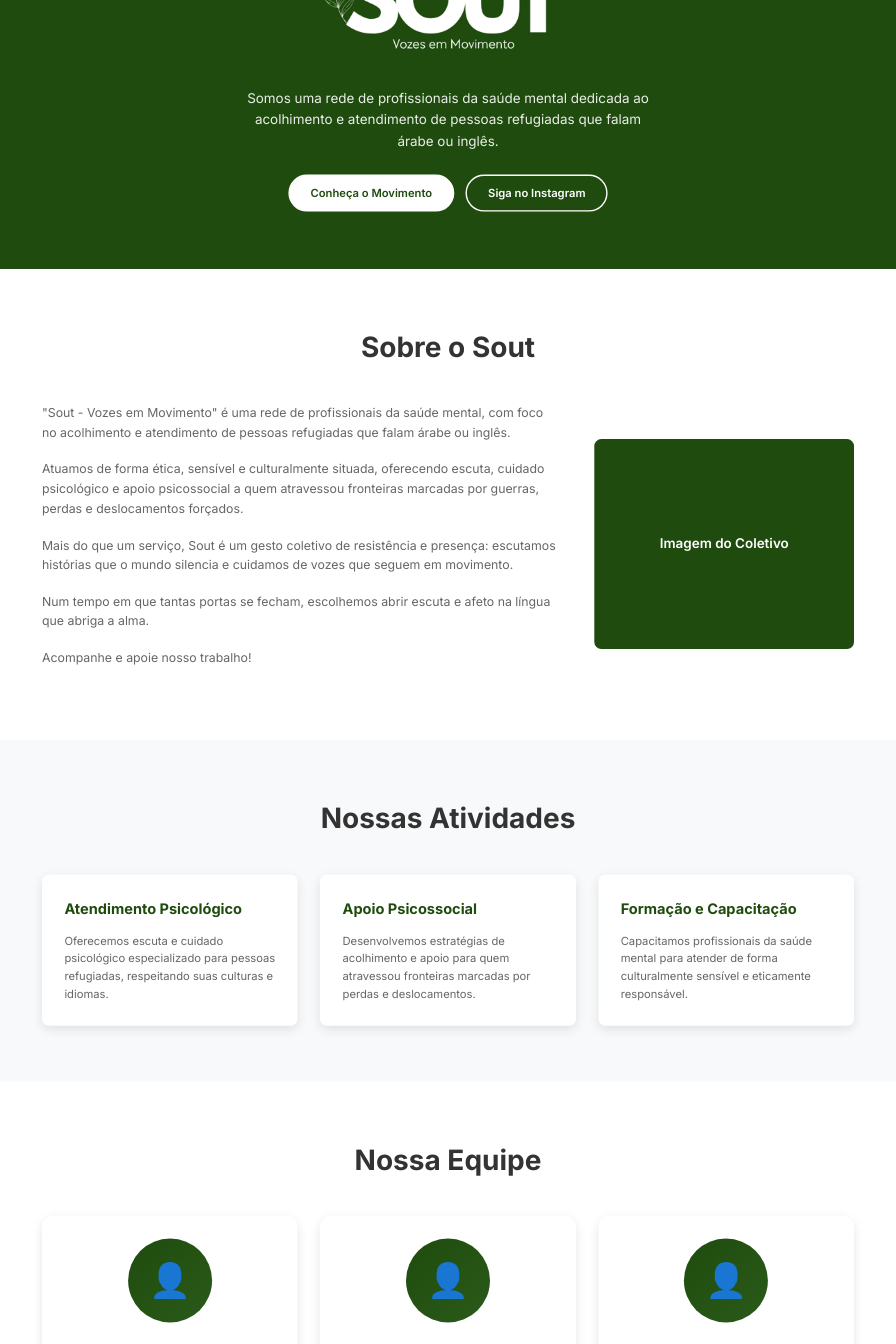
Repository: farukzahra/sout
Page: index.html
The author's editor kept a copy of each file at every save. The page is drawn from the files as they stood at one save, then again after the next save.
The browser window is 1280 px wide. The pictures show the part of the page from y = 335 to 2255 px (the page is 3292 px tall before and 3288 px after), at 70% of full size.
Some web fonts or font styles are not loaded; a fallback is used.

Above is the page before, as saved 2025-10-02 18:55:36.

### index.html
<!DOCTYPE html>
<html lang="pt-BR">
<head>
    <meta charset="UTF-8">
    <meta name="viewport" content="width=device-width, initial-scale=1.0">
    <title>Sout Vozes em Movimento</title>
    <meta name="description" content="Sout Vozes em Movimento - Movimento social e cultural">
    <link rel="stylesheet" href="style.css">
    <link href="https://fonts.googleapis.com/css2?family=Inter:wght@300;400;600;700&display=swap" rel="stylesheet">
    <link href="https://fonts.googleapis.com/css2?family=League+Spartan:wght@400;500;600;700;800;900&display=swap" rel="stylesheet">
    <link href="https://fonts.googleapis.com/css2?family=TT+Chocolates:wght@400;500;600;700;800;900&display=swap" rel="stylesheet">
</head>
<body>
    <header class="header">
        <nav class="nav">
            <div class="nav-brand">
                <h1>صوت</h1>
            </div>
            <ul class="nav-menu">
                <li><a href="#sobre">Sobre</a></li>
                <li><a href="#atividades">Atividades</a></li>
                <li><a href="#equipe">Equipe</a></li>
                <li><a href="#contato">Contato</a></li>
            </ul>
        </nav>
    </header>

    <main>
        <section class="hero">
            <div class="hero-content">
                <div class="hero-logo">
                    <img src="logo-sout.png" alt="Sout Vozes em Movimento" class="logo-image">
                </div>
                <p>Somos uma rede de profissionais da saúde mental dedicada ao acolhimento e atendimento de pessoas refugiadas que falam árabe ou inglês.</p>
                <div class="hero-buttons">
                    <a href="#sobre" class="btn btn-primary">Conheça o Movimento</a>
                    <a href="https://www.instagram.com/sout_vozesemmovimento/" target="_blank" class="btn btn-secondary">Siga no Instagram</a>
                </div>
            </div>
        </section>

        <section id="sobre" class="section">
            <div class="container">
                <h2>Sobre o Sout</h2>
                <div class="about-content">
                    <div class="about-text">
                        <p>"Sout - Vozes em Movimento" é uma rede de profissionais da saúde mental, com foco no acolhimento e atendimento de pessoas refugiadas que falam árabe ou inglês.</p>
                        <p>Atuamos de forma ética, sensível e culturalmente situada, oferecendo escuta, cuidado psicológico e apoio psicossocial a quem atravessou fronteiras marcadas por guerras, perdas e deslocamentos forçados.</p>
                        <p>Mais do que um serviço, Sout é um gesto coletivo de resistência e presença: escutamos histórias que o mundo silencia e cuidamos de vozes que seguem em movimento.</p>
                        <p>Num tempo em que tantas portas se fecham, escolhemos abrir escuta e afeto na língua que abriga a alma.</p>
                        <p>Acompanhe e apoie nosso trabalho!</p>
                    </div>
                    <div class="about-image">
                        <div class="placeholder-image">
                            <span>Imagem do Coletivo</span>
                        </div>
                    </div>
                </div>
            </div>
        </section>

        <section id="atividades" class="section section-alt">
            <div class="container">
                <h2>Nossas Atividades</h2>
                <div class="activities-grid">
                    <div class="activity-card">
                        <h3>Atendimento Psicológico</h3>
                        <p>Oferecemos escuta e cuidado psicológico especializado para pessoas refugiadas, respeitando suas culturas e idiomas.</p>
                    </div>
                    <div class="activity-card">
                        <h3>Apoio Psicossocial</h3>
                        <p>Desenvolvemos estratégias de acolhimento e apoio para quem atravessou fronteiras marcadas por perdas e deslocamentos.</p>
                    </div>
                    <div class="activity-card">
                        <h3>Formação e Capacitação</h3>
                        <p>Capacitamos profissionais da saúde mental para atender de forma culturalmente sensível e eticamente responsável.</p>
                    </div>
                </div>
            </div>
        </section>

        <section id="equipe" class="section">
            <div class="container">
                <h2>Nossa Equipe</h2>
                <div class="team-grid">
                    <div class="team-card">
                        <div class="team-photo">
                            <div class="placeholder-photo">
                                <span>👤</span>
                            </div>
                        </div>
                        <h3>Nome do Profissional</h3>
                        <p class="team-role">Psicóloga Clínica</p>
                        <p class="team-description">Especialista em atendimento de refugiados com foco em trauma e resiliência.</p>
                    </div>
                    <div class="team-card">
                        <div class="team-photo">
                            <div class="placeholder-photo">
                                <span>👤</span>
                            </div>
                        </div>
                        <h3>Nome do Profissional</h3>
                        <p class="team-role">Psicólogo Social</p>
                        <p class="team-description">Atua com apoio psicossocial e integração cultural de pessoas refugiadas.</p>
                    </div>
                    <div class="team-card">
                        <div class="team-photo">
                            <div class="placeholder-photo">
                                <span>👤</span>
                            </div>
                        </div>
                        <h3>Nome do Profissional</h3>
                        <p class="team-role">Terapeuta</p>
                        <p class="team-description">Especialista em terapia culturalmente sensível para comunidades árabes.</p>
                    </div>
                </div>
            </div>
        </section>

        <section id="contato" class="section section-alt">
            <div class="container">
                <h2>Entre em Contato</h2>
                <div class="contact-content">
                    <div class="contact-info">
                        <h3>Conecte-se Conosco</h3>
                        <p>Siga nossas redes sociais para acompanhar nossas atividades e participar do movimento.</p>
                        <div class="social-links">
                            <a href="https://www.instagram.com/sout_vozesemmovimento/" target="_blank" class="social-link">
                                <span>📷</span> Instagram
                            </a>
                        </div>
                    </div>
                    <div class="contact-form">
                        <h3>Envie uma Mensagem</h3>
                        <form action="https://api.web3forms.com/submit" method="POST" id="contact-form">
                            <input type="hidden" name="access_key" value="3ed1149a-7ec4-41a6-8297-e322822d6b4c">
                            <input type="hidden" name="subject" value="Nova mensagem do site Sout Vozes em Movimento">
                            <input type="text" name="name" placeholder="Seu nome" required>
                            <input type="email" name="email" placeholder="Seu email" required>
                            <textarea name="message" placeholder="Sua mensagem" rows="5" required></textarea>
                            <button type="submit" class="btn btn-primary">Enviar Mensagem</button>
                        </form>
                    </div>
                </div>
            </div>
        </section>
    </main>

    <footer class="footer">
        <div class="container">
            <p>&copy; 2024 Sout Vozes em Movimento. Todos os direitos reservados.</p>
            <p>Feito com ❤️ para transformar o mundo</p>
        </div>
    </footer>

    <script>
        // Smooth scrolling para links internos
        document.querySelectorAll('a[href^="#"]').forEach(anchor => {
            anchor.addEventListener('click', function (e) {
                e.preventDefault();
                const target = document.querySelector(this.getAttribute('href'));
                if (target) {
                    target.scrollIntoView({
                        behavior: 'smooth',
                        block: 'start'
                    });
                }
            });
        });

        // Formulário de contato com Web3Forms
        document.getElementById('contact-form').addEventListener('submit', function(e) {
            // Mostrar loading
            const submitBtn = this.querySelector('button[type="submit"]');
            const originalText = submitBtn.textContent;
            submitBtn.textContent = 'Enviando...';
            submitBtn.disabled = true;

            // O Web3Forms vai processar automaticamente
            // Não precisamos de preventDefault() pois queremos que o form seja enviado
        });
    </script>
</body>
</html>

### style.css
/* Reset e configurações básicas */
* {
    margin: 0;
    padding: 0;
    box-sizing: border-box;
}

body {
    font-family: 'Inter', sans-serif;
    line-height: 1.6;
    color: #333;
    background-color: #fff;
}

.container {
    max-width: 1200px;
    margin: 0 auto;
    padding: 0 20px;
}

/* Header */
.header {
    background-color: #1F4C0E;
    color: white;
    padding: 1rem 0;
    position: fixed;
    top: 0;
    width: 100%;
    z-index: 1000;
    box-shadow: 0 2px 10px rgba(0,0,0,0.1);
}

.nav {
    display: flex;
    justify-content: space-between;
    align-items: center;
    max-width: 1200px;
    margin: 0 auto;
    padding: 0 20px;
}

.nav-brand h1 {
    font-size: 1.5rem;
    font-weight: 700;
    direction: rtl;
    font-family: 'TT Chocolates', 'League Spartan', 'Inter', 'Arial', sans-serif;
}

.hero-logo {
    margin-bottom: 1rem;
}

.logo-image {
    max-width: 400px;
    width: 100%;
    height: auto;
    object-fit: contain;
}

.hero-logo .logo-subtitle {
    font-size: 1.2rem;
    opacity: 0.9;
}

.nav-menu {
    display: flex;
    list-style: none;
    gap: 2rem;
}

.nav-menu a {
    color: white;
    text-decoration: none;
    font-weight: 500;
    transition: opacity 0.3s ease;
}

.nav-menu a:hover {
    opacity: 0.8;
}

/* Hero Section */
.hero {
    background-color: #1F4C0E;
    color: white;
    padding: 60px 0 80px;
    text-align: center;
    min-height: 100vh;
    display: flex;
    align-items: center;
    justify-content: center;
}


.hero-content h2 {
    font-size: 3rem;
    font-weight: 700;
    margin-bottom: 1rem;
    text-shadow: 2px 2px 4px rgba(0,0,0,0.3);
    font-family: 'League Spartan', 'Inter', 'Arial', sans-serif;
}

.hero-content {
    max-width: 800px;
    margin: 0 auto;
    padding: 0 20px;
}

.hero-content p {
    font-size: 1.2rem;
    margin-top: 1rem;
    margin-bottom: 2rem;
    max-width: 600px;
    margin-left: auto;
    margin-right: auto;
    opacity: 0.9;
}

.hero-buttons {
    display: flex;
    gap: 1rem;
    justify-content: center;
    flex-wrap: wrap;
}

/* Botões */
.btn {
    display: inline-block;
    padding: 12px 30px;
    text-decoration: none;
    border-radius: 50px;
    font-weight: 600;
    transition: all 0.3s ease;
    border: 2px solid transparent;
}

.btn-primary {
    background: white;
    color: #1F4C0E;
    border-color: white;
}

.btn-primary:hover {
    background: transparent;
    color: white;
    border-color: white;
}

.btn-secondary {
    background: transparent;
    color: white;
    border-color: white;
}

.btn-secondary:hover {
    background: white;
    color: #1F4C0E;
}

/* Seções */
.section {
    padding: 80px 0;
}

.section-alt {
    background-color: #f8f9fa;
}

.section h2 {
    text-align: center;
    font-size: 2.5rem;
    margin-bottom: 3rem;
    color: #333;
}

/* Sobre */
.about-content {
    display: grid;
    grid-template-columns: 2fr 1fr;
    gap: 3rem;
    align-items: center;
}

.about-text p {
    font-size: 1.1rem;
    margin-bottom: 1.5rem;
    color: #666;
}

.placeholder-image {
    background-color: #1F4C0E;
    height: 300px;
    border-radius: 10px;
    display: flex;
    align-items: center;
    justify-content: center;
    color: white;
    font-size: 1.2rem;
    font-weight: 600;
}

/* Atividades */
.activities-grid {
    display: grid;
    grid-template-columns: repeat(auto-fit, minmax(300px, 1fr));
    gap: 2rem;
}

/* Equipe */
.team-grid {
    display: grid;
    grid-template-columns: repeat(auto-fit, minmax(280px, 1fr));
    gap: 2rem;
    margin-top: 2rem;
}

.team-card {
    background: white;
    padding: 2rem;
    border-radius: 15px;
    box-shadow: 0 5px 15px rgba(0,0,0,0.1);
    text-align: center;
    transition: transform 0.3s ease, box-shadow 0.3s ease;
}

.team-card:hover {
    transform: translateY(-5px);
    box-shadow: 0 10px 25px rgba(0,0,0,0.15);
}

.team-photo {
    margin-bottom: 1.5rem;
}

.placeholder-photo {
    width: 120px;
    height: 120px;
    background: linear-gradient(135deg, #1F4C0E 0%, #2a5a1a 100%);
    border-radius: 50%;
    display: flex;
    align-items: center;
    justify-content: center;
    margin: 0 auto;
    font-size: 3rem;
    color: white;
}

.team-card h3 {
    color: #1F4C0E;
    margin-bottom: 0.5rem;
    font-size: 1.4rem;
    font-family: 'League Spartan', 'Inter', 'Arial', sans-serif;
}

.team-role {
    color: #666;
    font-weight: 600;
    margin-bottom: 1rem;
    font-size: 1rem;
}

.team-description {
    color: #666;
    line-height: 1.6;
    font-size: 0.95rem;
}

.activity-card {
    background: white;
    padding: 2rem;
    border-radius: 10px;
    box-shadow: 0 5px 15px rgba(0,0,0,0.1);
    transition: transform 0.3s ease, box-shadow 0.3s ease;
}

.activity-card:hover {
    transform: translateY(-5px);
    box-shadow: 0 10px 25px rgba(0,0,0,0.15);
}

.activity-card h3 {
    color: #1F4C0E;
    margin-bottom: 1rem;
    font-size: 1.3rem;
}

.activity-card p {
    color: #666;
    line-height: 1.6;
}

/* Contato */
.contact-content {
    display: grid;
    grid-template-columns: 1fr 1fr;
    gap: 3rem;
}

.contact-info h3 {
    color: #1F4C0E;
    margin-bottom: 1rem;
    font-size: 1.5rem;
}

.contact-info p {
    color: #666;
    margin-bottom: 2rem;
}

.social-links {
    display: flex;
    gap: 1rem;
}

.social-link {
    display: flex;
    align-items: center;
    gap: 0.5rem;
    padding: 10px 20px;
    background-color: #1F4C0E;
    color: white;
    text-decoration: none;
    border-radius: 25px;
    transition: transform 0.3s ease;
}

.social-link:hover {
    transform: translateY(-2px);
}

.contact-form h3 {
    color: #1F4C0E;
    margin-bottom: 1rem;
    font-size: 1.5rem;
}

.contact-form form {
    display: flex;
    flex-direction: column;
    gap: 1rem;
}

.contact-form input,
.contact-form textarea {
    padding: 12px;
    border: 2px solid #e1e5e9;
    border-radius: 5px;
    font-family: inherit;
    font-size: 1rem;
    transition: border-color 0.3s ease;
}

.contact-form input:focus,
.contact-form textarea:focus {
    outline: none;
    border-color: #1F4C0E;
}

.contact-form textarea {
    resize: vertical;
    min-height: 120px;
}

/* Footer */
.footer {
    background: #333;
    color: white;
    text-align: center;
    padding: 2rem 0;
}

.footer p {
    margin-bottom: 0.5rem;
}

/* Responsividade */
@media (max-width: 768px) {
    .nav {
        flex-direction: column;
        gap: 1rem;
    }

    .nav-menu {
        gap: 1rem;
    }

    .logo-image {
        max-width: 300px;
    }

    .hero-content h2 {
        font-size: 2rem;
        font-family: 'League Spartan', 'Inter', 'Arial', sans-serif;
    }

    .hero-buttons {
        flex-direction: column;
        align-items: center;
    }

    .about-content,
    .contact-content {
        grid-template-columns: 1fr;
        gap: 2rem;
    }

    .activities-grid {
        grid-template-columns: 1fr;
    }

    .team-grid {
        grid-template-columns: 1fr;
    }

    .section h2 {
        font-size: 2rem;
    }
}

@media (max-width: 480px) {
    .hero {
        padding: 40px 0 60px;
    }

    .logo-image {
        max-width: 250px;
    }

    .hero-content h2 {
        font-size: 1.8rem;
        font-family: 'League Spartan', 'Inter', 'Arial', sans-serif;
    }

    .hero-content p {
        font-size: 1rem;
    }

    .section {
        padding: 60px 0;
    }

    .container {
        padding: 0 15px;
    }
}

After the next save:
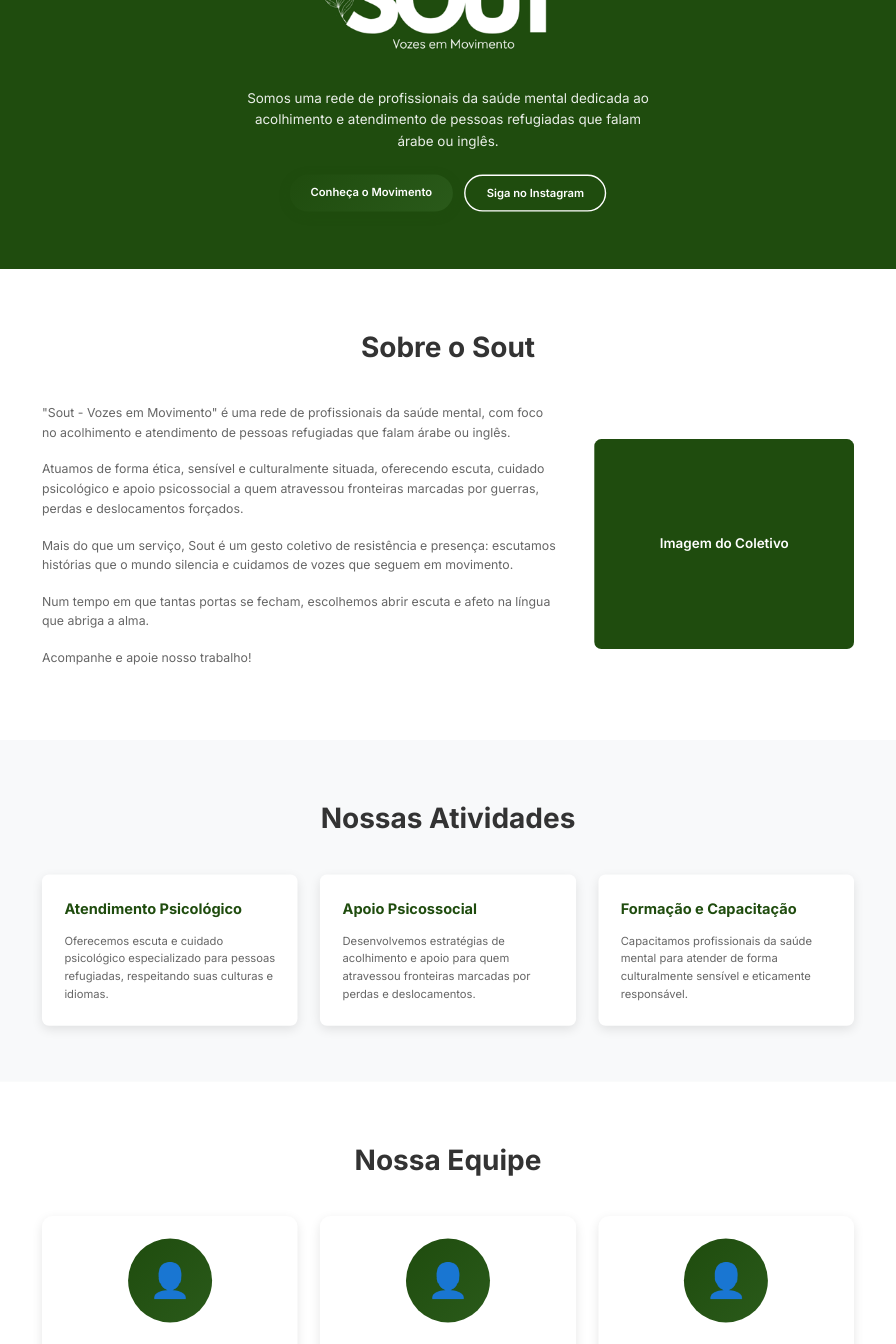
Saved 23 s later.
--- a/style.css
+++ b/style.css
@@ -135,15 +135,17 @@ body {
 }
 
 .btn-primary {
-    background: white;
-    color: #1F4C0E;
-    border-color: white;
+    background: linear-gradient(135deg, #1F4C0E 0%, #2a5a1a 100%);
+    color: white;
+    border: none;
+    box-shadow: 0 4px 15px rgba(31, 76, 14, 0.3);
+    transition: all 0.3s ease;
 }
 
 .btn-primary:hover {
-    background: transparent;
-    color: white;
-    border-color: white;
+    background: linear-gradient(135deg, #2a5a1a 0%, #1F4C0E 100%);
+    transform: translateY(-2px);
+    box-shadow: 0 6px 20px rgba(31, 76, 14, 0.4);
 }
 
 .btn-secondary {
